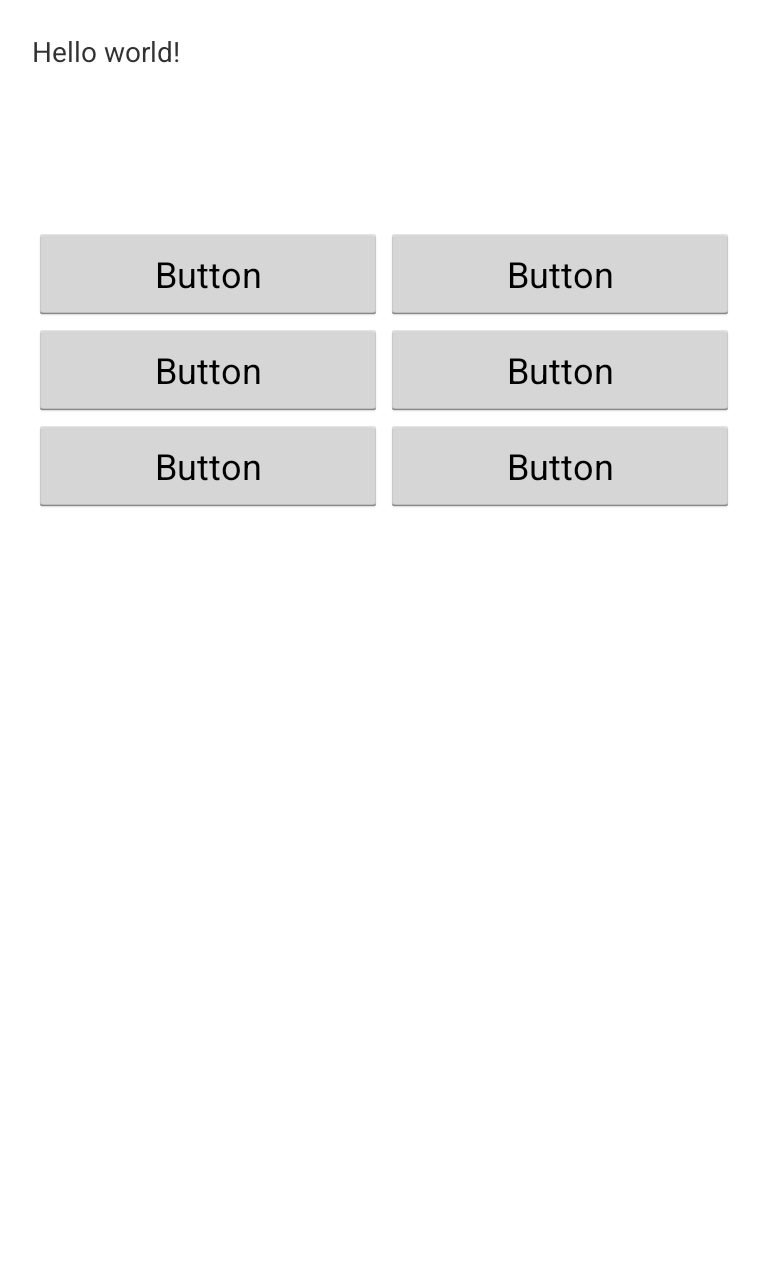
Repository: pancho1313/practica2tests
Layout: ActivityRegistrator/res/layout/activity_activity_marker.xml
The author's editor kept a copy of each file at every save. The layout is drawn from the files as they stood at one save, then again after the next save.
It is drawn on a 768 x 1280 px phone screen (xhdpi) without system bars, with theme AppTheme; the app's code is not run.

Above is the layout before, as saved 2014-01-15 14:35:44.

### ActivityRegistrator/res/layout/activity_activity_marker.xml
<RelativeLayout xmlns:android="http://schemas.android.com/apk/res/android"
    xmlns:tools="http://schemas.android.com/tools"
    android:layout_width="match_parent"
    android:layout_height="match_parent"
    android:paddingBottom="@dimen/activity_vertical_margin"
    android:paddingLeft="@dimen/activity_horizontal_margin"
    android:paddingRight="@dimen/activity_horizontal_margin"
    android:paddingTop="@dimen/activity_vertical_margin"
    tools:context=".ActivityMarker" >

    <TextView
        android:id="@+id/textView1"
        android:layout_width="wrap_content"
        android:layout_height="wrap_content"
        android:text="@string/hello_world" />

    <LinearLayout
        android:layout_width="match_parent"
        android:layout_height="match_parent"
        android:layout_below="@+id/textView1"
        android:layout_centerHorizontal="true"
        android:layout_marginTop="78dp"
        android:orientation="vertical" >

        <LinearLayout
            android:layout_width="match_parent"
            android:layout_height="wrap_content" >

            <Button
                android:id="@+id/button1"
                android:layout_width="wrap_content"
                android:layout_height="wrap_content"
                android:text="Button"
                android:layout_weight="1" />

            <Button
                android:id="@+id/button2"
                android:layout_width="wrap_content"
                android:layout_height="wrap_content"
                android:text="Button"
                android:layout_weight="1" />

        </LinearLayout>

        <LinearLayout
            android:layout_width="match_parent"
            android:layout_height="wrap_content" >

            <Button
                android:id="@+id/button3"
                android:layout_width="wrap_content"
                android:layout_height="wrap_content"
                android:text="Button"
                android:layout_weight="1" />

            <Button
                android:id="@+id/button4"
                android:layout_width="wrap_content"
                android:layout_height="wrap_content"
                android:text="Button"
                android:layout_weight="1" />

        </LinearLayout>

        <LinearLayout
            android:layout_width="match_parent"
            android:layout_height="wrap_content" >

            <Button
                android:id="@+id/button5"
                android:layout_width="wrap_content"
                android:layout_height="wrap_content"
                android:text="Button"
                android:layout_weight="1" />

            <Button
                android:id="@+id/button6"
                android:layout_width="wrap_content"
                android:layout_height="wrap_content"
                android:text="Button"
                android:layout_weight="1" />

        </LinearLayout>

    </LinearLayout>

</RelativeLayout>

### ActivityRegistrator/res/values/strings.xml
<?xml version="1.0" encoding="utf-8"?>
<resources>

    <string name="app_name">ActivityRegistrator</string>
    <string name="action_settings">Settings</string>
    <string name="start">start</string>
    <string name="stop">stop</string>
    <string name="emptyDate">--:--:--</string>
    <string name="title_activity_select_activity_registrator">SelectActivityRegistrator</string>
    <string name="hello_world">Hello world!</string>
    <string name="select">Select Activity</string>
    <string name="recorder">Sensor Recorder</string>
    <string name="registrator">Activity Registrator</string>
    <string name="title_activity_activity_marker">ActivityMarker</string>

</resources>

Loaded but not shown: ActivityRegistrator/res/values/styles.xml (common file); ActivityRegistrator/res/values-v11/styles.xml (common file); ActivityRegistrator/res/values-v14/styles.xml (common file); ActivityRegistrator/res/values/dimens.xml (common file)

After the next save:
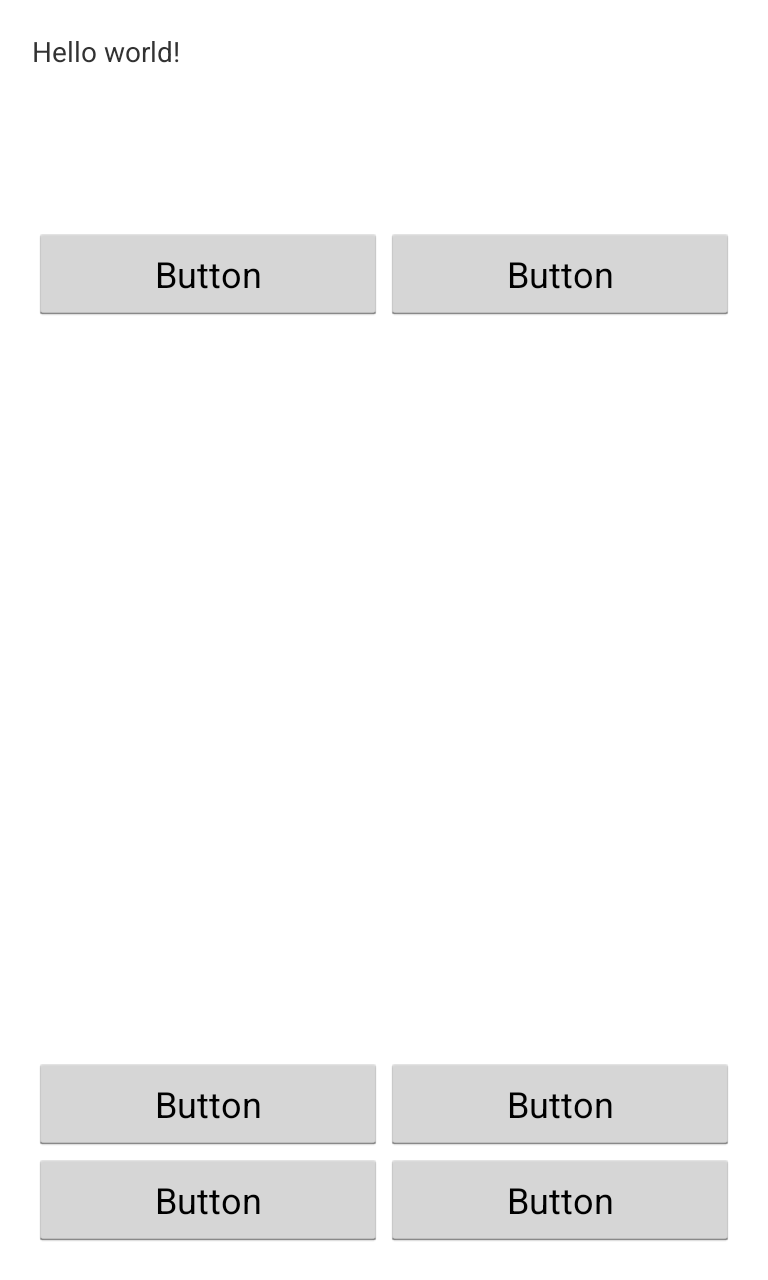
Saved 14 s later.
--- a/ActivityRegistrator/res/layout/activity_activity_marker.xml
+++ b/ActivityRegistrator/res/layout/activity_activity_marker.xml
@@ -24,7 +24,8 @@
 
         <LinearLayout
             android:layout_width="match_parent"
-            android:layout_height="wrap_content" >
+            android:layout_height="wrap_content"
+            android:layout_weight="1" >
 
             <Button
                 android:id="@+id/button1"
